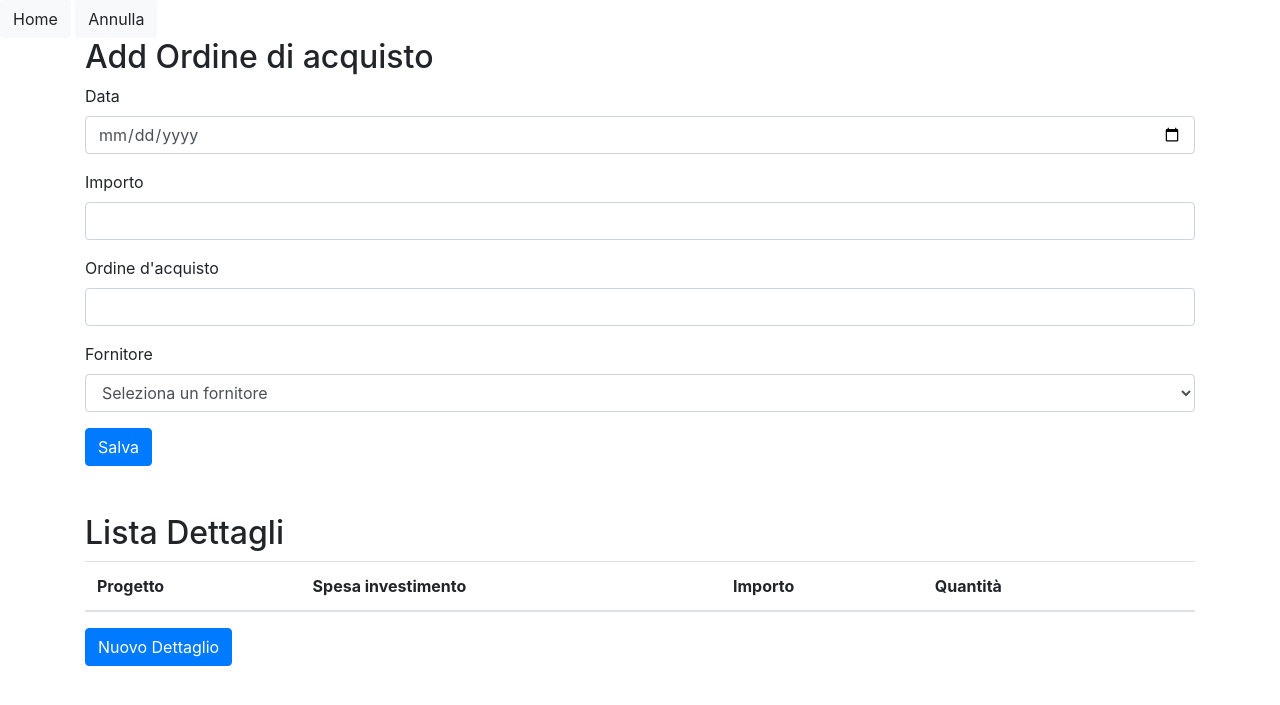
Repository: a-prezioso/Europcar-MultipleVersions-Framework
Page: http://localhost/EuropCarSpringNuovo/WEB-INF/views/OrdineAcquisto/AddOrdineConDettagli.jsp
An editor plug-in stored every save of this project. The page is shown before and after the next save, followed by the edit.
The browser window is 1280 px wide. The pictures show the whole page.
The page is served by Tomcat 9. Nobody is signed in. Other server files are loaded and not shown. The template is opened directly, without the code that normally fills it, so the values that code supplies are empty.

Above is the page before, as saved 2020-06-20 07:55:25.

### EuropCarSpringNuovo/src/main/webapp/WEB-INF/views/OrdineAcquisto/AddOrdineConDettagli.jsp
<%@ page language="java" contentType="text/html; charset=ISO-8859-1" pageEncoding="ISO-8859-1"%>
<%@ taglib uri="http://www.springframework.org/tags" prefix="spring"%>
<%@ taglib uri="http://www.springframework.org/tags/form" prefix="form"%>
<%@ taglib uri="http://java.sun.com/jsp/jstl/core" prefix="c"%>
<!DOCTYPE html>
<html>
<head>
<meta charset="ISO-8859-1">
<title>Add Ordine Con Dettagli</title>
<link rel="stylesheet"
	href="https://maxcdn.bootstrapcdn.com/bootstrap/4.4.1/css/bootstrap.min.css">
<script
	src="https://ajax.googleapis.com/ajax/libs/jquery/3.4.1/jquery.min.js"></script>
<script
	src="https://cdnjs.cloudflare.com/ajax/libs/popper.js/1.16.0/umd/popper.min.js"></script>
<script
	src="https://maxcdn.bootstrapcdn.com/bootstrap/4.4.1/js/bootstrap.min.js"></script>
</head>
<a class="btn btn-light" href="http://localhost:8086/menu/List" role="button">Home</a>
<a class="btn btn-light"
	href="http://localhost:8086/OrdineAcquisto/Cerca" role="button">Annulla</a>
<body>
	<div class="container">
	<spring:url value="/OrdineAcquisto/SaveOrdine/" var="saveURL" />
		<form:form modelAttribute="oggettoOrdineTemporaneo" method="post" action="${saveURL}" cssClass="form">

		<h2>Add Ordine di acquisto</h2>
			<form:hidden path="idordineacquisto" />

			<div class="form-group">
				<label>Data</label>
				<form:input type = "date" path="data" cssClass="form-control" id="data" />
				<form:errors path="data" cssClass="error" />
			</div>
			<div class="form-group">
				<label>Importo</label>
				<form:input path="importo" cssClass="form-control" id="importo" />
				<form:errors path="importo" cssClass="error" />
			</div>
			<div class="form-group">
				<label>Ordine d'acquisto</label>
				<form:input path="ordineacquisto" cssClass="form-control" id="ordineacquisto" />
				<form:errors path="ordineacquisto" cssClass="error" />
			</div>

			<div class="form-group">
				<label>Fornitore</label>
				<form:select path="ofornitore" cssClass="form-control" id="ragionesociale">
					<form:option value="0">Seleziona un fornitore</form:option>
					<form:options items="${elencoFornitori}" itemValue="idfornitore" itemLabel="ragionesociale" />
				</form:select>
				<form:errors path="ofornitore" cssClass="error"/>
			</div>
			<button type="submit" class="btn btn-primary">Salva</button>
		</form:form>
	</div>

	<br><br>
	<c:if test="${elencoDettagli.size() != 0 }">
		<div class="container">


				<h2>Lista Dettagli</h2>
				<table class="table table-striped">
					<thead>

						<th scope="row">Progetto</th>
						<th scope="row">Spesa investimento</th>
						<th scope="row">Importo</th>
						<th scope="row">Quantità</th>
						<th></th>
					</thead>
					<tbody>
						<c:forEach items="${elencoDettagli}" var="elenco">
							<tr>
								<td>${elenco.oprogetto.progetto}</td>
								<td>${elenco.ospesainvestimento.spesainvestimento}</td>
								<td>${elenco.importo}</td>
								<td>${elenco.quantita}</td>
								<td><spring:url
										value="/OrdineAcquisto/RimuoviDettagliTemporanei/${elenco.identifier}"
										var="deleteURL" /> <a href="${deleteURL}" role="button"
									class="btn btn-primary" onclick="return deleteConfirm()">Elimina</a>
								</td>
							</tr>
						</c:forEach>
					</tbody>
				</table>

				<spring:url value="/OrdineAcquisto/AddDettagliSuccessivi/" var="addURL" />
				<a href="${addURL}" role="button" class="btn btn-primary">Nuovo Dettaglio</a>
			</div>
	</c:if>
</body>
</html>

After the next save:
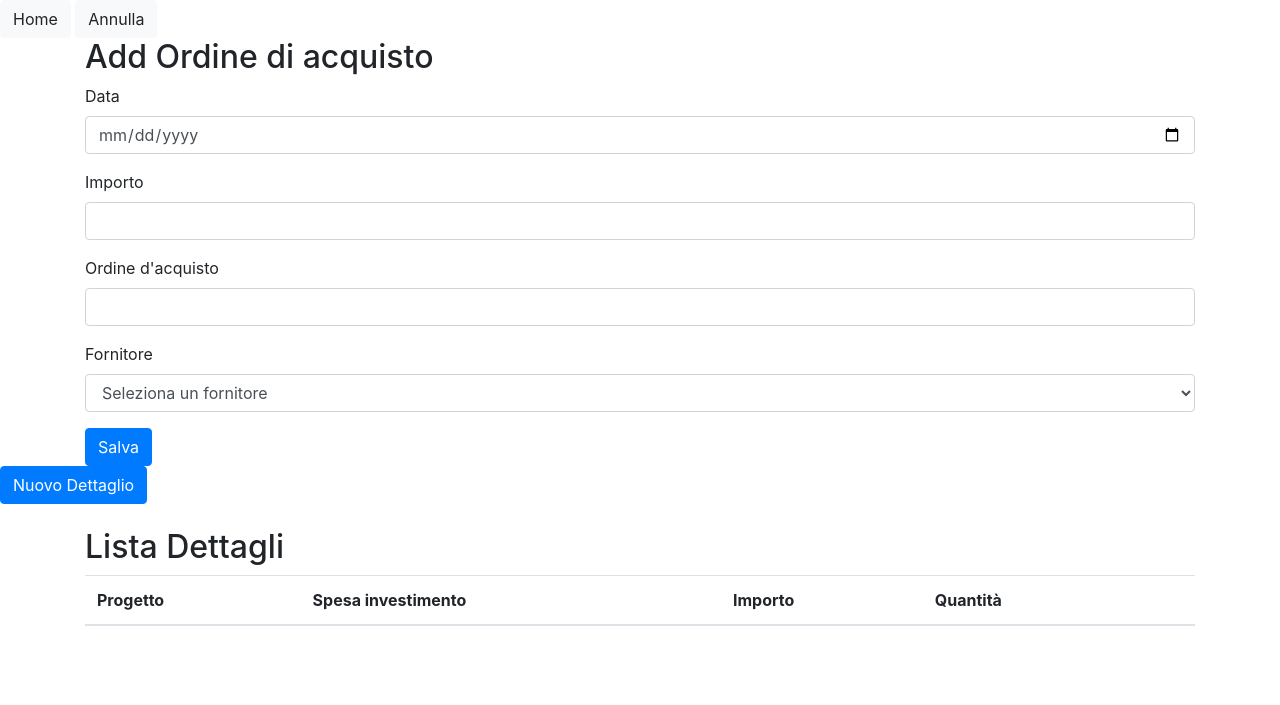
Saved 2 min 17 s later.
--- a/EuropCarSpringNuovo/src/main/webapp/WEB-INF/views/OrdineAcquisto/AddOrdineConDettagli.jsp
+++ b/EuropCarSpringNuovo/src/main/webapp/WEB-INF/views/OrdineAcquisto/AddOrdineConDettagli.jsp
@@ -54,7 +54,8 @@
 			<button type="submit" class="btn btn-primary">Salva</button>
 		</form:form>
 	</div>
-
+	<spring:url value="/OrdineAcquisto/AddDettagliSuccessivi/" var="addURL" />
+				<a href="${addURL}" role="button" class="btn btn-primary">Nuovo Dettaglio</a>
 	<br><br>
 	<c:if test="${elencoDettagli.size() != 0 }">
 		<div class="container">
@@ -87,8 +88,7 @@
 					</tbody>
 				</table>
 
-				<spring:url value="/OrdineAcquisto/AddDettagliSuccessivi/" var="addURL" />
-				<a href="${addURL}" role="button" class="btn btn-primary">Nuovo Dettaglio</a>
+
 			</div>
 	</c:if>
 </body>
